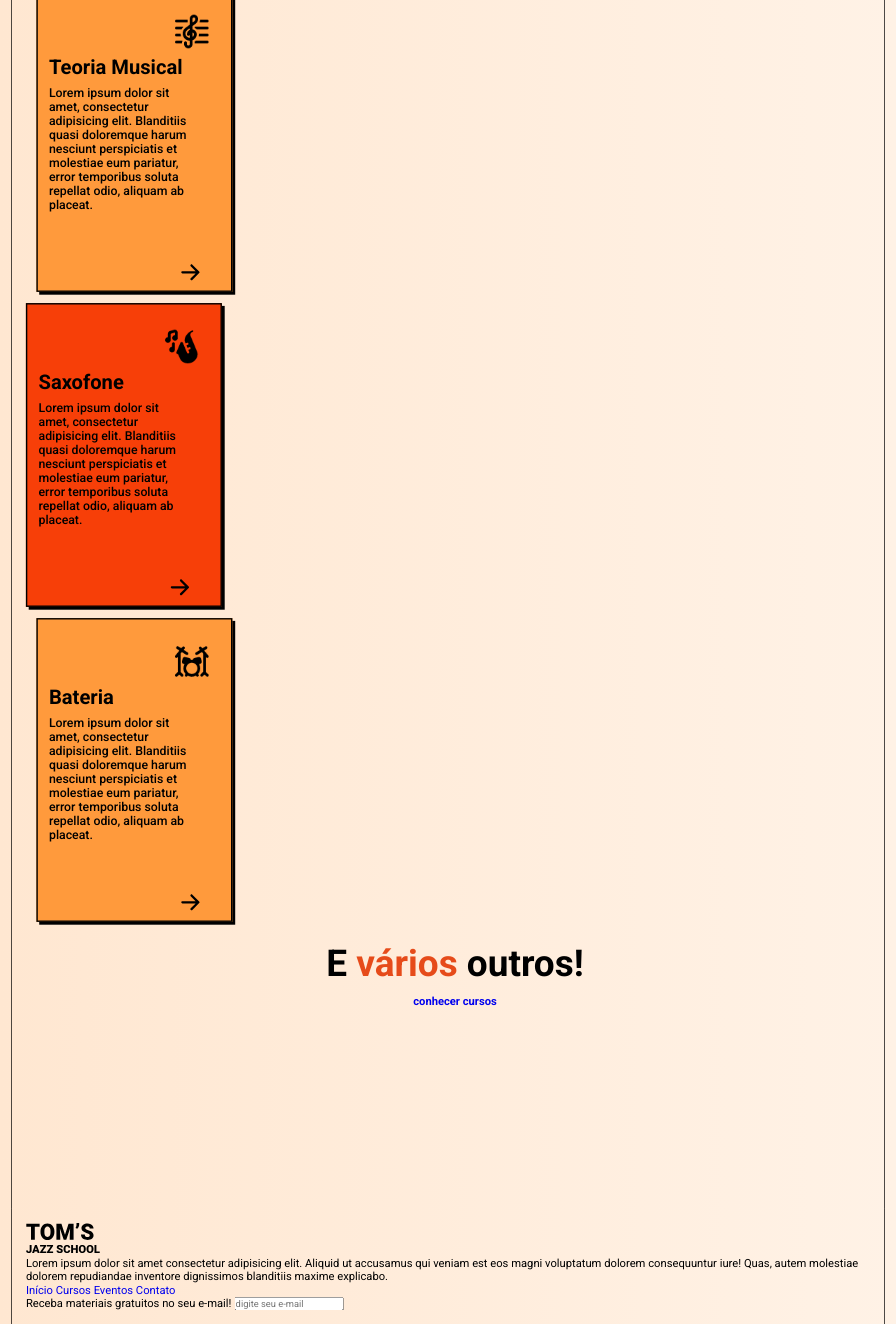
Repository: guilhermecardoso93/obebitecode
Page: index.html
The author's editor kept a copy of each file at every save. The page is drawn from the files as they stood at one save, then again after the next save.
The browser window is 1280 px wide. The pictures show the part of the page from y = 1960 to 3880 px (the page is 3852 px tall before and 3880 px after), at 70% of full size.

Above is the page before, as saved 2023-08-16 20:42:04.

After the next save:
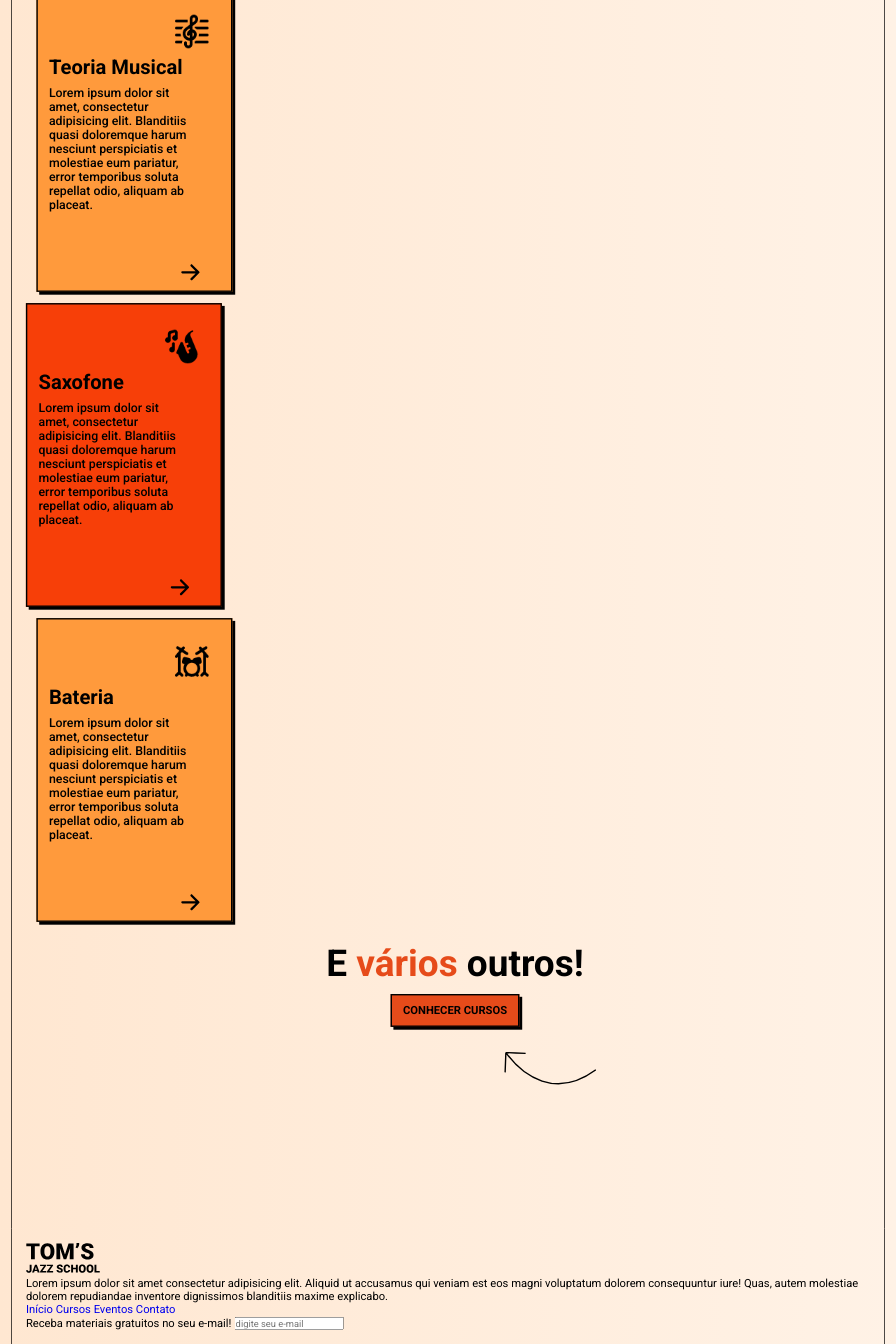
Saved 12 s later.
--- a/index.html
+++ b/index.html
@@ -103,7 +103,7 @@
         </div>
         <div class="rodape-article">
           <h1 class=> E <span>vários</span> outros!</h1>
-          <a href="/" class="btn-default btn-courses">conhecer cursos</a>
+          <a href="/" class="subscribeButton btn-courses">conhecer cursos</a>
         </div>
       </section>
     </main>
